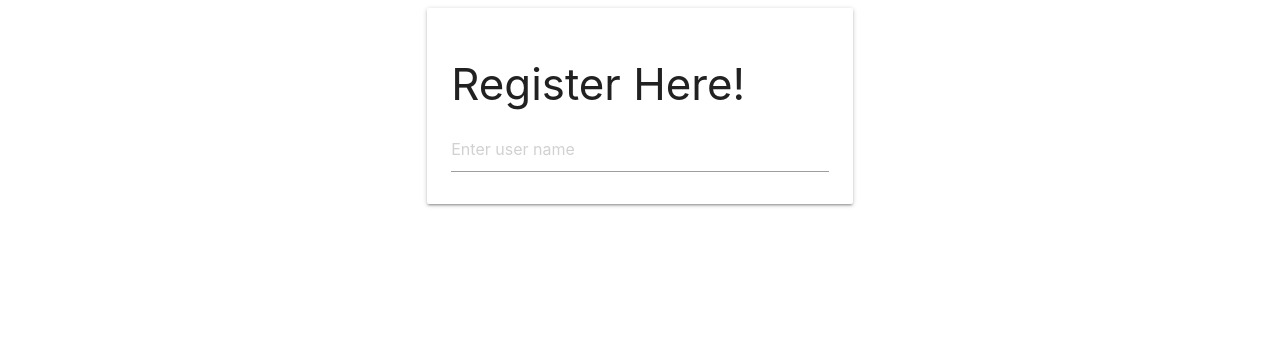
Repository: riddhiwho/Eclipse-Projects
Page: http://localhost/Register/signup.jsp
The author's editor kept a copy of each file at every save. The page is drawn from the files as they stood at one save, then again after the next save.
The browser window is 1280 px wide. The pictures show the whole page.
The page is served by Tomcat 9. Other server files are loaded and not shown.

Above is the page before, as saved 2021-06-05 05:43:31.

### Register/src/main/webapp/signup.jsp
<%@ page language="java" contentType="text/html; charset=UTF-8"
    pageEncoding="UTF-8"%>
<!DOCTYPE html>
<html>
<head>
<meta charset="UTF-8">
<title>JSP Page</title>

    <!-- Compiled and minified CSS -->
    <link rel="stylesheet" href="https://cdnjs.cloudflare.com/ajax/libs/materialize/1.0.0/css/materialize.min.css">

    <!-- Compiled and minified JavaScript -->
    <script src="https://cdnjs.cloudflare.com/ajax/libs/materialize/1.0.0/js/materialize.min.js"></script>

</head>
<body>
	<div class="container">
		<div class="row">
			<div class="col m6 offset-m3">
				<div class="card">
					<div class="card-content">
						<h3>Register Here!</h3>

						<div clas="form">

							<form action="Register" method="post">
								<input type="text" name="user_name" placeholder="Enter user name" />
							</form>

						</div>

						<div clas="loader">

						</div>
					</div>
				</div>
			</div>
		</div>
	</div>
</body>
</html>

After the next save:
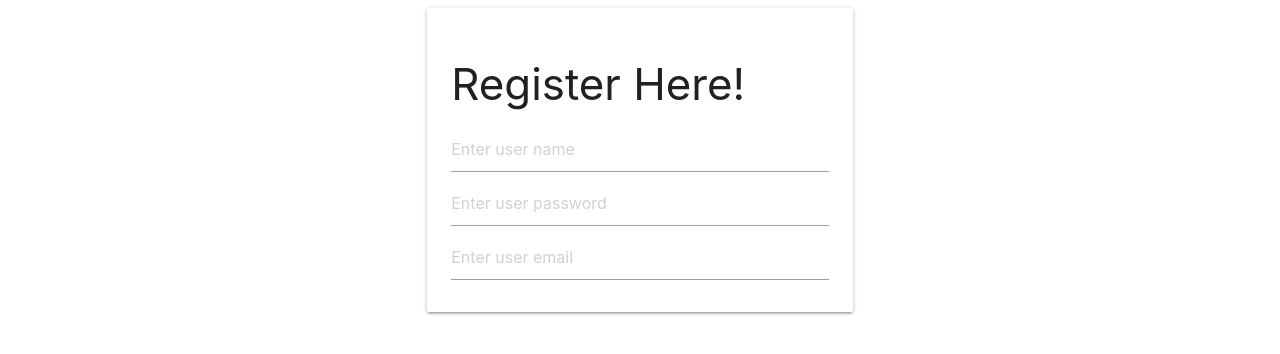
Saved 86 s later.
--- a/Register/src/main/webapp/signup.jsp
+++ b/Register/src/main/webapp/signup.jsp
@@ -25,6 +25,8 @@
 
 							<form action="Register" method="post">
 								<input type="text" name="user_name" placeholder="Enter user name" />
+								<input type="password" name="user_password" placeholder="Enter user password" />
+								<input type="email" name="user_email" placeholder="Enter user email" />
 							</form>
 
 						</div>
